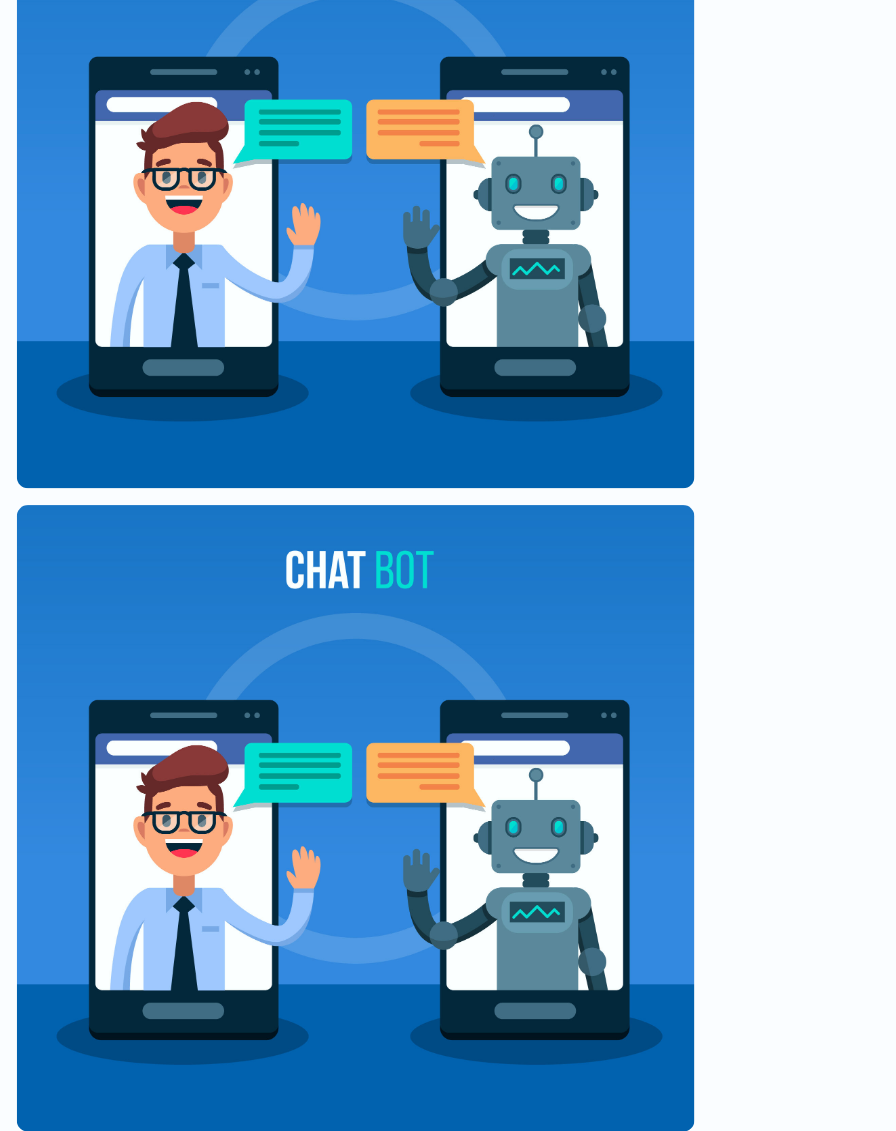
Repository: Kaii-Dev/Porfolio
Page: index.html
An editor plug-in stored every save of this project. The page is shown before and after the next save, followed by the edit.
The browser window is 1280 px wide. The pictures show the part of the page from y = 2642 to 4562 px (the page is 4258 px tall before and 4562 px after), at 70% of full size.
A picture or video elsewhere on the page could not be fetched, so the positions and the page height are approximate. Some web libraries are served in a nearby version.

Above is the page before, as saved 2022-04-12 17:40:28.

### index.html
<!DOCTYPE html>
<html lang="en">
  <head>
    <meta charset="UTF-8" />
    <meta http-equiv="X-UA-Compatible" content="IE=edge" />
    <meta name="viewport" content="width=device-width, initial-scale=1.0" />
    <title>Portfolio</title>
    <link
      href="https://cdn.jsdelivr.net/npm/remixicon@2.2.0/fonts/remixicon.css"
      rel="stylesheet"
    />
    <link rel="stylesheet" href="./Assets/css/app.css" />
  </head>
  <body>
    <!-- HEADER PROFILE -->
    <header class="profile container">
      <div class="profile__container grid">
        <div class="profile__data">
          <div class="profile__border">
            <div class="profile__perfil">
              <img src="./Assets/img/perfil.jpeg" alt="" />
            </div>
          </div>

          <h2 class="profile__name">Khai Le</h2>
          <h3 class="profile__profession">Front-End Developer</h3>
          <ul class="profile__social">
            <a
              href="https://www.linkedin.com/in/le-khai-68b2921b0/"
              target="_blank"
              class="profile__social-link"
            >
              <i class="ri-linkedin-box-line"></i>
            </a>
            <a
              href="https://www.facebook.com/lkakaizy"
              target="_blank"
              class="profile__social-link"
            >
              <i class="ri-facebook-circle-line"></i>
            </a>
            <a
              href="https://github.com/Kaii-Dev"
              target="_blank"
              class="profile__social-link"
            >
              <i class="ri-github-line"></i>
            </a>
          </ul>
        </div>
        <div class="profile__info grid">
          <div class="profile__info group">
            <h3 class="profile__info-number">2</h3>
            <p class="profile__info-description">
              Language <br />
              certification
            </p>
          </div>
          <div class="profile__info group">
            <h3 class="profile__info-number">+10</h3>
            <p class="profile__info-description">
              Completed <br />
              projects
            </p>
          </div>
          <div class="profile__info group">
            <h3 class="profile__info-number">1</h3>
            <p class="profile__info-description">
              University's <br />
              scholarship
            </p>
          </div>
        </div>

        <div class="profile__buttons">
          <!-- insert cv -->
          <a download="" href="./Assets/pdf/" class="button">
            Download CV <i class="ri-download-line"></i>
          </a>

          <div class="profile__buttons-small">
            <!-- insert phone number -->
            <a
              href="tel: 0842454228"
              target="_blank"
              class="button button__small button__gray"
            >
              <i class="ri-phone-line"></i>
            </a>
            <a
              href="https://m.me/lkakaizy"
              target="_blank"
              class="button button__small button__gray"
            >
              <i class="ri-messenger-line"></i>
            </a>
          </div>
        </div>
      </div>
    </header>
    <!-- MAIN -->
    <main class="main">
      <section class="filters container">
        <!-- FILTERS TABS -->
        <ul class="filters__content">
          <button class="filters__button" data-target="#projects">
            Projects
          </button>
          <button class="filters__button" data-target="#skills">Skills</button>
        </ul>
        <div class="filters__sections">
          <!-- PROJECTS -->
          <div class="projects__content grid filters__active" data-content id="projects">
            <article class="projects__card">
              <img src="./Assets/img/pic1.jpeg" alt="" class="projects__img" />
              <div class="projects__modal">
                <div class="">
                  <span class="projects__subtitle">Web</span>
                  <h3 class="projects__title">Music Player</h3>
                  <a
                    href="https://kaii-dev.github.io/Music-player/"
                    class="projects__button button button__small"
                  >
                    <i class="ri-link"></i>
                  </a>
                </div>
              </div>
            </article>

            <article class="projects__card">
              <img src="./Assets/img/pic1.jpeg" alt="" class="projects__img" />
              <div class="projects__modal">
                <div class="">
                  <span class="projects__subtitle">Web</span>
                  <h3 class="projects__title">Covid ChatBot</h3>
                  <a
                    href="https://kaii-dev.github.io/Covid-ChatBot/"
                    class="projects__button button button__small"
                  >
                    <i class="ri-link"></i>
                  </a>
                </div>
              </div>
            </article>
            <article class="projects__card">
              <img src="./Assets/img/pic1.jpeg" alt="" class="projects__img" />
              <div class="projects__modal">
                <div class="">
                  <span class="projects__subtitle">Web</span>
                  <h3 class="projects__title">To do list</h3>
                  <a
                    href="https://kaii-dev.github.io/TO-DO-LIST/"
                    class="projects__button button button__small"
                  >
                    <i class="ri-link"></i>
                  </a>
                </div>
              </div>
            </article>

            <article class="projects__card">
              <img src="./Assets/img/pic1.jpeg" alt="" class="projects__img" />
              <div class="projects__modal">
                <div class="">
                  <span class="projects__subtitle">Web</span>
                  <h3 class="projects__title">Assets Management</h3>
                  <a href="" class="projects__button button button__small">
                    <i class="ri-link"></i>
                  </a>
                </div>
              </div>
            </article>
          </div>
          <!-- SKILLS -->
          <div class="skills__content grid" data-content id="skills">
            <div class="skills__area">
              <h3 class="skills__title">Frontend Developer</h3>

              <div class="skills__box">
                <div class="skills__group">
                  <div class="skills__data">
                    <i class="ri-checkbox-circle-line"></i>

                    <div>
                      <h3 class="skills__name">HTML</h3>
                      <span class="skills__level"></span>
                    </div>
                  </div>

                  <div class="skills__data">
                    <i class="ri-checkbox-circle-line"></i>

                    <div>
                      <h3 class="skills__name">CSS</h3>
                      <span class="skills__level"></span>
                    </div>
                  </div>

                  <div class="skills__data">
                    <i class="ri-checkbox-circle-line"></i>

                    <div>
                      <h3 class="skills__name">JavaScript</h3>
                      <span class="skills__level"></span>
                    </div>
                  </div>
                </div>

                <div class="skills__group">
                  <div class="skills__data">
                    <i class="ri-checkbox-circle-line"></i>

                    <div>
                      <h3 class="skills__name">React</h3>
                      <span class="skills__level"></span>
                    </div>
                  </div>

                  <div class="skills__data">
                    <i class="ri-checkbox-circle-line"></i>

                    <div>
                      <h3 class="skills__name">Bootstrap</h3>
                      <span class="skills__level"></span>
                    </div>
                  </div>

                  <div class="skills__data">
                    <i class="ri-checkbox-circle-line"></i>

                    <div>
                      <h3 class="skills__name">Git</h3>
                      <span class="skills__level"></span>
                    </div>
                  </div>
                </div>
              </div>
            </div>

            <div class="skills__area">
              <h3 class="skills__title">Backend Developer</h3>

              <div class="skills__box">
                <div class="skills__group">
                  <div class="skills__data">
                    <i class="ri-checkbox-circle-line"></i>

                    <div>
                      <h3 class="skills__name">PHP</h3>
                      <span class="skills__level"></span>
                    </div>
                  </div>

                  <div class="skills__data">
                    <i class="ri-checkbox-circle-line"></i>

                    <div>
                      <h3 class="skills__name">MySQL</h3>
                      <span class="skills__level"></span>
                    </div>
                  </div>
                </div>

                <div class="skills__group">
                  <div class="skills__data">
                    <i class="ri-checkbox-circle-line"></i>

                    <div>
                      <h3 class="skills__name">C#</h3>
                      <span class="skills__level"></span>
                    </div>
                  </div>

                  <div class="skills__data">
                    <i class="ri-checkbox-circle-line"></i>

                    <div>
                      <h3 class="skills__name">Node Js</h3>
                      <span class="skills__level"></span>
                    </div>
                  </div>
                </div>
              </div>
            </div>
          </div>
        </div>
      </section>
    </main>
    <!-- FOOTER -->
    <footer class="footer container"></footer>
    <!-- SCROLL REVEAL -->
    <script src="./Assets/js/app.js"></script>
  </body>
</html>

### Assets/css/app.css
/* GOOGLE FONT */
@import url("https://fonts.googleapis.com/css2?family=Poppins:wght@400;500;600&display=swap");
/* VAR CSS */
:root {
  --hue: 207;
  --sat: 90%;
  --lig: 61%;

  --first-color: hsl(var(--hue), var(--sat), var(--lig));
  --first-color-alt: hsl(var(--hue), var(--sat), 57%);
  --title-color: hsl(var(--hue), 12%, 15%);
  --text-color: hsl(var(--hue), 12%, 45%);
  --text-color-light: hsl(var(--hue), 8%, 75%);
  --text-color-lighten: hsl(var(--hue), 8%, 92%);
  --body-color: hsl(var(--hue), 100%, 99%);
  --container-color: #fff;
  /* font and typography */
  --body-font: "Poppins", sans-serif;
  --h2-font-size: 1.25rem;
  --h3-font-size: 1rem;
  --normal-font-size: 0.938rem;
  --small-font-size: 0.813rem;
  --smaller-font-size: 0.75rem;
}

/* responsive  */
@media screen and (min-width: 986px) {
  :root {
    --h2-font-size: 1.5rem;
    --h3-font-size: 1.25rem;
    --normal-font-size: 1rem;
    --small-font-size: 0.875rem;
    --smaller-font-size: 0.813rem;
  }
}
/*  CSS */
*,
*::before,
*::after {
  box-sizing: border-box;
}
* {
  margin: 0;
}

* {
  box-sizing: border-box;
  padding: 0;
  margin: 0;
}

body {
  font-family: var(--body-font);
  font-size: var(--normal-font-size);
  background-color: var(--body-color);
  color: var(--text-color);
  transition: 0.3s; /* For animation dark mode */
}

h1,
h2,
h3 {
  color: var(--title-color);
  font-weight: 600;
}

ul {
  list-style: none;
}

a {
  text-decoration: none;
}

img {
  max-width: 100%;
  height: auto;
}

/* REUSEBALE CSS */

.container {
  max-width: 968px;
  margin-left: 1.5rem;
  margin-right: 1.5rem;
}
.grid {
  display: grid;
  gap: 1.5rem;
}

/* PROFILE */
.profile {
  position: relative;
  padding-top: 3.5rem;
}

.profile__container {
  row-gap: 2rem;
}

.profile__data {
  display: grid;
  text-align: center;
}

.profile__perfil {
  width: 100px;
  height: 100px;
  background: linear-gradient(
    180deg,
    hsla(var(--hue), var(--sat), var(--lig), 1) 0%,
    hsla(var(--hue), var(--sat), var(--lig), 0.2) 100%
  );
  border-radius: 50%;
  overflow: hidden;
  display: flex;
  align-items: flex-end;
  justify-content: center;
}

.profile__perfil img {
  width: 75px;
}

.profile__border {
  border: 3.5px solid var(--first-color);
  justify-self: center;
  border-radius: 50%;
  display: grid;
  place-items: center;
  margin-bottom: 0.75rem;
}

.profile__name {
  font-size: var(--h2-font-size);
}
.profile__profession {
  font-size: var(--smaller-font-size);
  font-weight: 500;
  color: var(--text-color);
  margin-bottom: 1rem;
}

.profile__social {
  display: flex;
  justify-content: center;
  column-gap: 0.75rem;
  padding: 0 0 0 0px;
}

.profile__social-link {
  font-size: 1.25rem;
  color: var(--title-color);
  transition: 0.3s;
}
.profile__social-link:hover {
  color: var(--first-color);
}

.profile__info {
  grid-template-columns: repeat(3, max-content);
  justify-content: center;
  column-gap: 2.5rem;
}

.profile__info-group {
  font-size: var(--normal-font-size);
  margin-bottom: 0.25rem;
}

.profile__info-description {
  font-size: var(--smaller-font-size);
  font-weight: 500;
}
.profile__buttons,
.profile__buttons-small {
  display: flex;
  align-items: center;
  justify-content: center;
}

.profile__buttons {
  column-gap: 1rem;
}
.profile__buttons-small {
  column-gap: 0.25rem;
}
/* BUTTONS */

.button {
  display: inline-flex;
  align-items: center;
  column-gap: 0.5rem;
  background-color: var(--first-color);
  color: #fff;
  padding: 1.15rem 1.5rem;
  border-radius: 0.5rem;
  transition: 0.3s;
  box-shadow: 0 8px 24px hsla(var(--hue), var(--sat), var(--lig), 0.25);
}

.button:hover {
  background-color: var(--first-color-alt);
}

.button__small {
  padding: 0.75rem;
  box-shadow: none;
}

.button__gray {
  background-color: var(--text-color-lighten);
  color: var(--title-color);
}

.button__gray:hover {
  background-color: var(--text-color-ligh);
  color: var(--title-color);
}

/* FILTERS TABS */
.filters__content {
  margin: 2rem 0 2.5rem;
  background-color: var(--text-color-lighten);
  padding: 0.375rem;
  border-radius: 0.75rem;
  display: flex;
  justify-content: space-between;
  column-gap: 0.5rem;
}

.filters__button {
  width: 100%;
  border: none;
  outline: none;
  padding: 1rem;
  color: var(--title-color);
  font-family: var(--body-font);
  font-weight: 500;
  border-radius: 0.75rem;
  cursor: pointer;
  background-color: transparent;
  transition: 0.3s;
}

.filters__button:hover {
  background-color: var(--body-color);
}

/* PROJECTS  */
.projects__card {
  position: relative;
  border-radius: 1rem;
  overflow: hidden;
}

.projects__card img {
  width: 100%;
  height: 100%;
}

.projects__modal {
  position: absolute;
  width: 100%;
  height: 100%;
  bottom: -100%;
  left: 0;
  background: linear-gradient(
    180deg,
    hsla(var(--hue), 24%, 40%, 0.3) 0%,
    hsla(var(--hue), 24%, 4%, 1) 95%
  );
  display: grid;
  align-items: flex-end;
  padding: 1.5rem 1.25rem;
  transition: 0.3s;
}

.projects__subtitle,
.projects__title {
  color: #fff;
}

.projects__subtitle {
  font-size: var(--smaller-font-size);
}

.projects__title {
  font-size: var(--h3-font-size);
  margin-bottom: 0.75rem;
}

.projects__button {
  padding: 0.5rem;
}

.projects__card:hover .projects__modal {
  bottom: 0;
}

/* SKILLS */

.skills__content {
  row-gap: 3.5rem;
}

.skills__title {
  font-size: var(--h3-font-size);
  text-align: center;
  margin-bottom: 1.5rem;
}

.skills__box {
  display: flex;
  justify-content: center;
  column-gap: 3rem;
}

.skills__group {
  display: grid;
  align-content: flex-start;
  row-gap: 1rem;
}

.skills__data {
  display: flex;
  column-gap: 0.5rem;
}

.skills__data i {
  font-size: 1rem;
  color: var(--first-color);
}

.skills__name {
  font-size: var(--normal-font-size);
  font-weight: 500;
  line-height: 18px;
}

/* hide an show project skill */
.filters [data-content] {
  display: none;
}
.filters__active[data-content] {
  display: grid;
}

### Assets/js/app.js
const tabs = document.querySelectorAll('[data-target]');
tabContent = document.querySelectorAll('[data-content]');

tabs.forEach(tab =>{
   tab.addEventListener("click", (e) =>{
      const target = document.querySelector("tab.dataset.target")
      tabContent.forEach(content =>{
         content.classList.remove("filters__active");
      })
      target.classList.add("filters__active");
   })
})

After the next save:
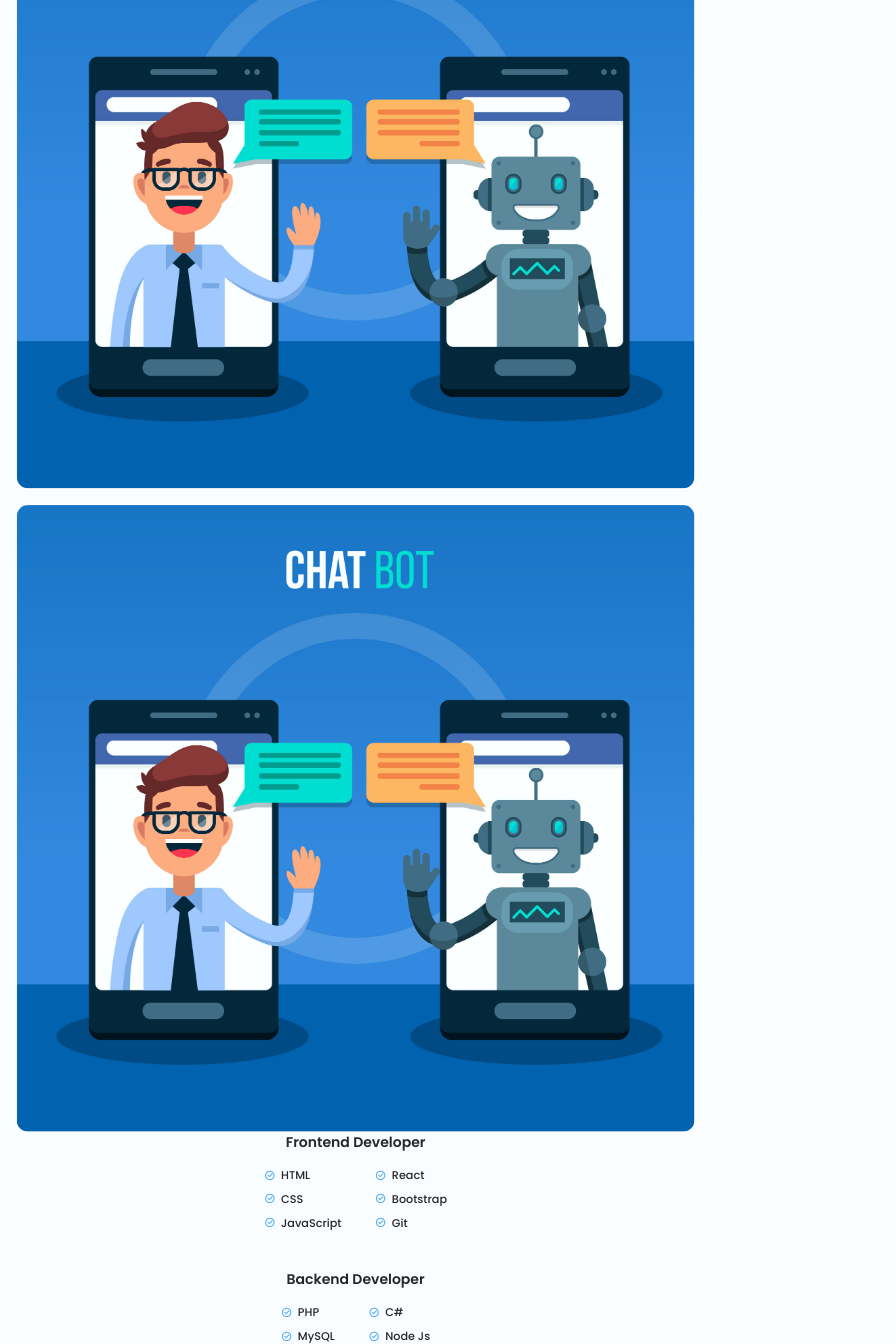
Saved 73 s later.
--- a/index.html
+++ b/index.html
@@ -110,7 +110,11 @@
         </ul>
         <div class="filters__sections">
           <!-- PROJECTS -->
-          <div class="projects__content grid filters__active" data-content id="projects">
+          <div
+            class="projects__content grid filters__active"
+            data-content
+            id="projects"
+          >
             <article class="projects__card">
               <img src="./Assets/img/pic1.jpeg" alt="" class="projects__img" />
               <div class="projects__modal">
@@ -172,7 +176,11 @@
             </article>
           </div>
           <!-- SKILLS -->
-          <div class="skills__content grid" data-content id="skills">
+          <div
+            class="skills__content grid filters__active"
+            data-content
+            id="skills"
+          >
             <div class="skills__area">
               <h3 class="skills__title">Frontend Developer</h3>
 

After the save that followed:
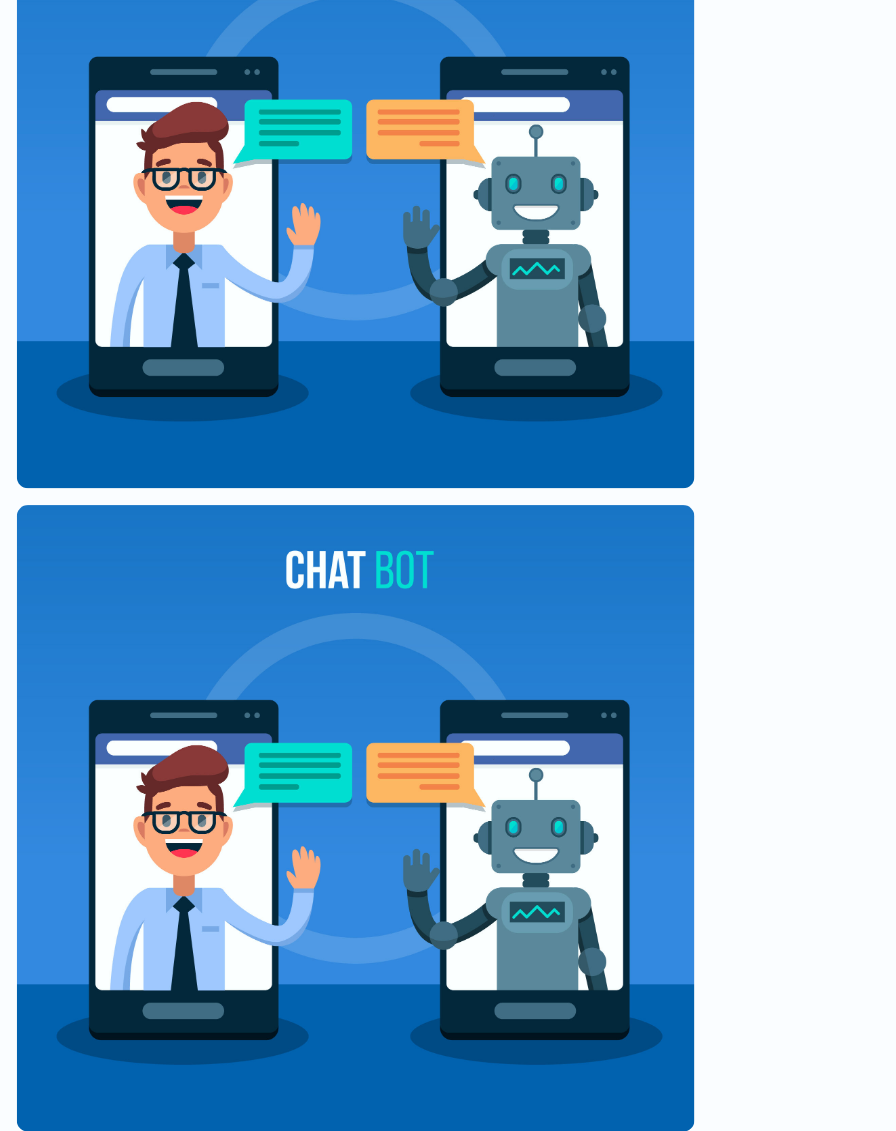
Saved 79 s later.
--- a/index.html
+++ b/index.html
@@ -176,11 +176,7 @@
             </article>
           </div>
           <!-- SKILLS -->
-          <div
-            class="skills__content grid filters__active"
-            data-content
-            id="skills"
-          >
+          <div class="skills__content grid" data-content id="skills">
             <div class="skills__area">
               <h3 class="skills__title">Frontend Developer</h3>
 
